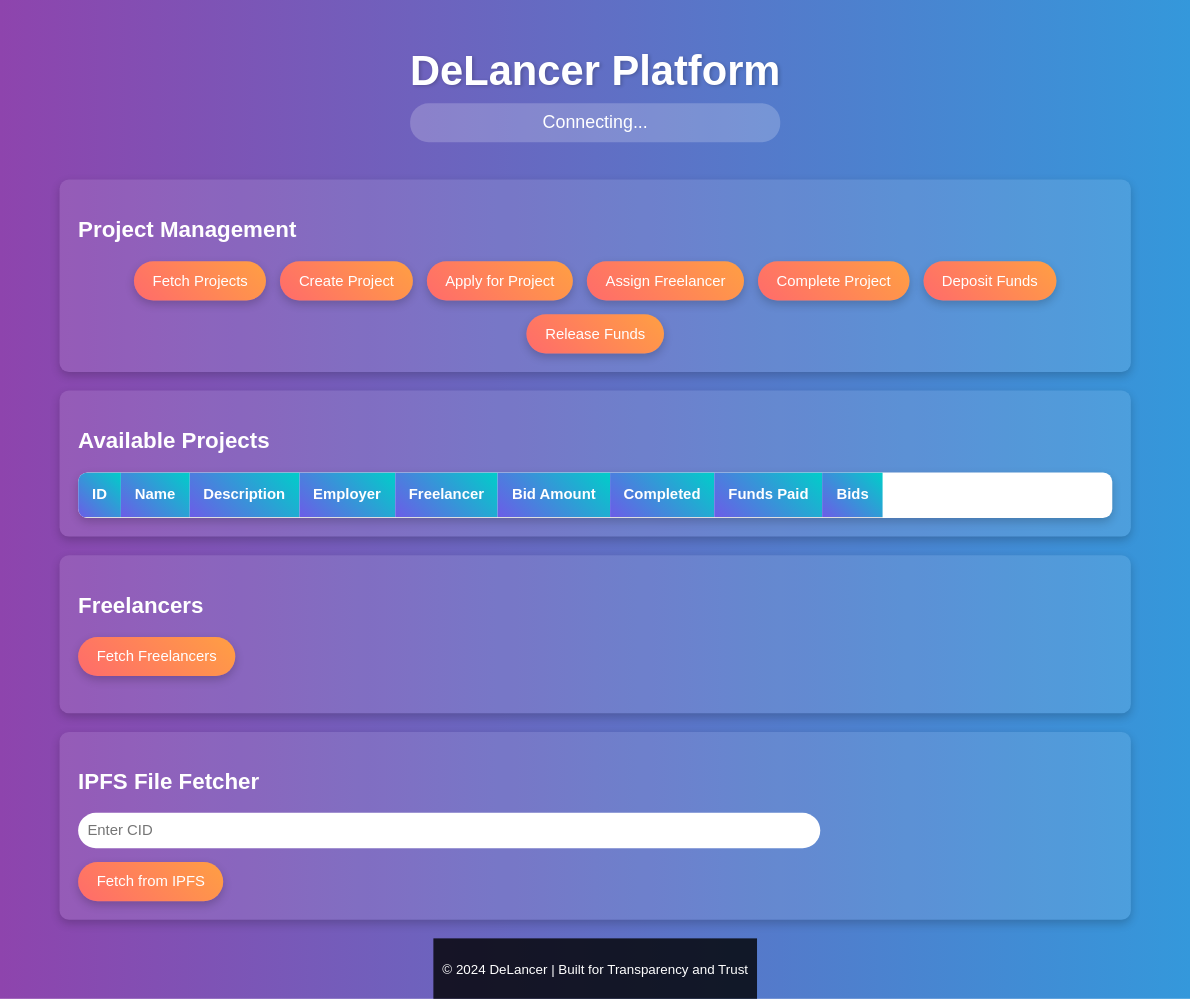
Repository: navjoth/DeLancer
Page: public/index.html
These files come from the project's save history. The page is drawn as it stood at one moment and after the next save; the edit follows.
The browser window is 1280 px wide. The pictures show the whole page, at 93% of full size.

Above is the page before, as saved 2025-03-08 09:04:59.

After the next save:
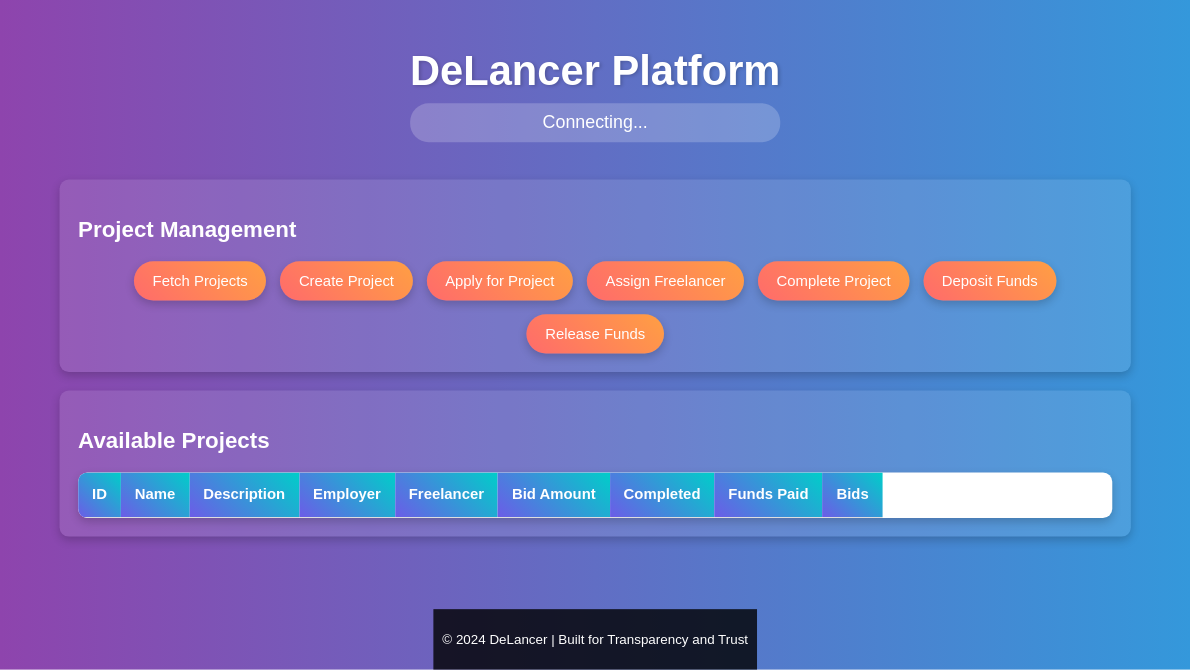
Saved 11 s later.
--- a/public/index.html
+++ b/public/index.html
@@ -16,7 +16,6 @@
     </header>
 
     <main>
-        <!-- Action Buttons Section -->
         <section class="action-section">
             <h2>Project Management</h2>
             <div class="button-group">
@@ -25,12 +24,11 @@
                 <button id="applyProjectBtn">Apply for Project</button>
                 <button id="assignFreelancerBtn">Assign Freelancer</button>
                 <button id="completeProjectBtn">Complete Project</button>
-                <button id="depositFundsBtn">Deposit Funds</button> <!-- New button for depositing funds -->
-                <button id="releaseFundsBtn">Release Funds</button> <!-- New button for releasing funds -->
+                <button id="depositFundsBtn">Deposit Funds</button>
+                <button id="releaseFundsBtn">Release Funds</button>
             </div>
         </section>
 
-        <!-- Display Sections -->
         <section class="display-section">
             <h2>Available Projects</h2>
             <table id="projectTable">
@@ -43,26 +41,12 @@
                         <th>Freelancer</th>
                         <th>Bid Amount</th>
                         <th>Completed</th>
-                        <th>Funds Paid</th> <!-- New column to show if funds are released -->
+                        <th>Funds Paid</th>
                         <th>Bids</th>
                     </tr>
                 </thead>
-                <tbody></tbody> <!-- Body will be populated dynamically by app.js -->
+                <tbody></tbody>
             </table>
-        </section>
-
-        <!-- Freelancer Section -->
-        <section class="freelancer-section">
-            <h2>Freelancers</h2>
-            <button id="fetchFreelancersBtn">Fetch Freelancers</button>
-            <div id="freelancerTable"></div>
-        </section>
-
-        <!-- IPFS Section -->
-        <section class="ipfs-section">
-            <h2>IPFS File Fetcher</h2>
-            <input type="text" id="cidInput" placeholder="Enter CID" />
-            <button id="fetchButton">Fetch from IPFS</button>
         </section>
     </main>
 
